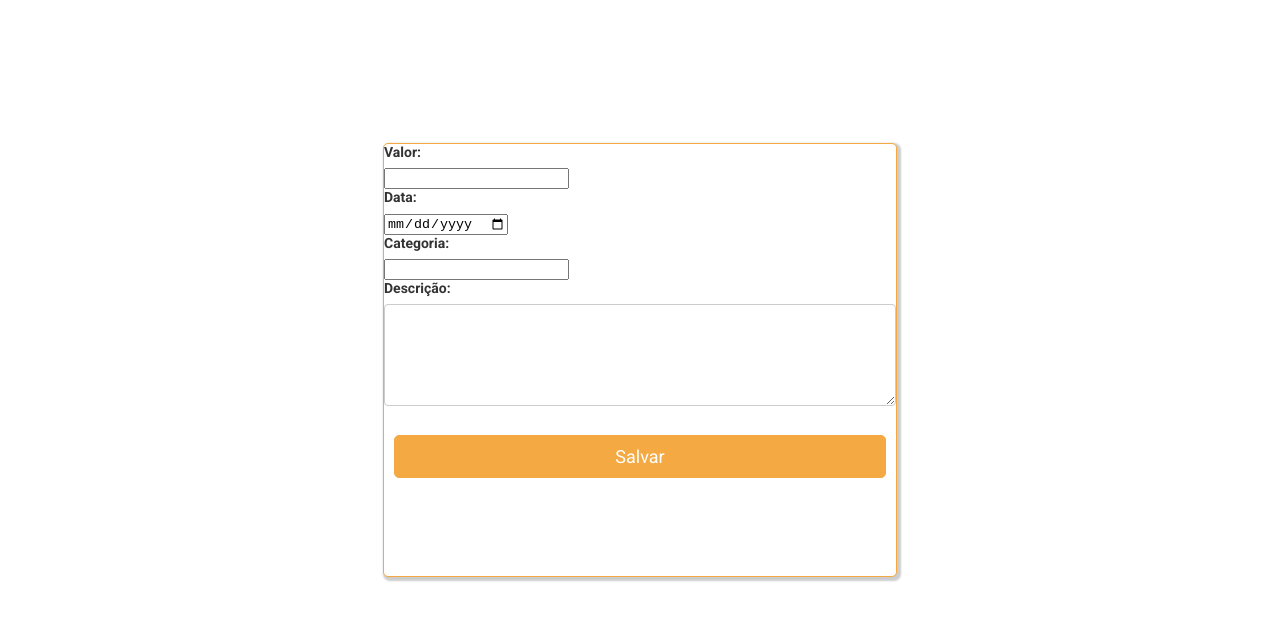
Repository: alexsanderkafka/java-servlets
Page: http://localhost/SaveMoney/cadastrarDespesa.jsp
An editor plug-in stored every save of this project. The page is shown before and after the next save, followed by the edit.
The browser window is 1280 px wide. The pictures show the whole page.
The page is served by Tomcat 9. Nobody is signed in. The application's start-up code is not run.

Above is the page before, as saved 2024-10-03 12:49:10.

After the next save:
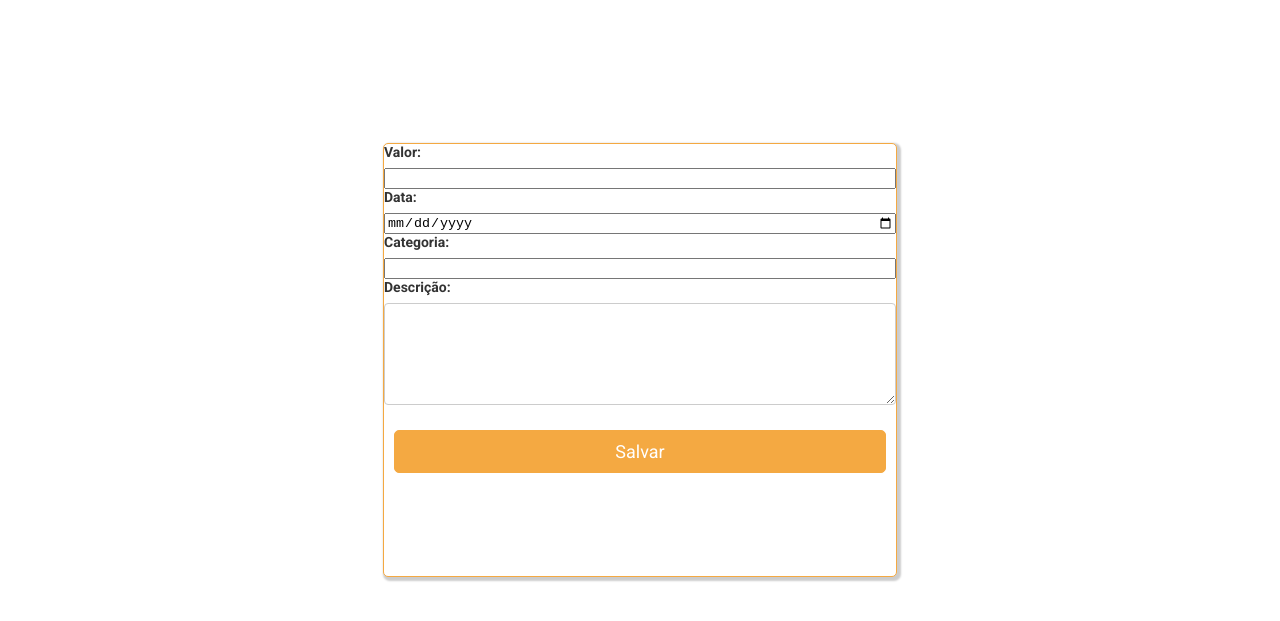
Saved 25 s later.
--- a/SaveMoney/src/main/webapp/cadastrarDespesa.jsp
+++ b/SaveMoney/src/main/webapp/cadastrarDespesa.jsp
@@ -11,26 +11,14 @@
 
 	<div class="container-initial">
         <div class="box-register">
-        	<div class="fields">
-        		<label>Valor: </label>
-        		<input type="number">
-        	</div>
-
-        	<div class="fields">
-        		<label>Data: </label>
-        		<input type="date">
-        	</div>
-
-        	<div class="fields">
-        		<label>Categoria: </label>
-        		<input type="text">
-        	</div>
-
-        	<div class="fields">
-        		<label>Descrição: </label>
-        		<textarea rows="5" cols="2"></textarea>
-        	</div>
-
+        	<label>Valor: </label>
+        	<input type="number">
+        	<label>Data: </label>
+        	<input type="date">
+        	<label>Categoria: </label>
+        	<input type="text">
+        	<label>Descrição: </label>
+        	<textarea rows="5" cols="2"></textarea>
         	<button class="button-page-index">Salvar</button>
         </div>
     </div>
